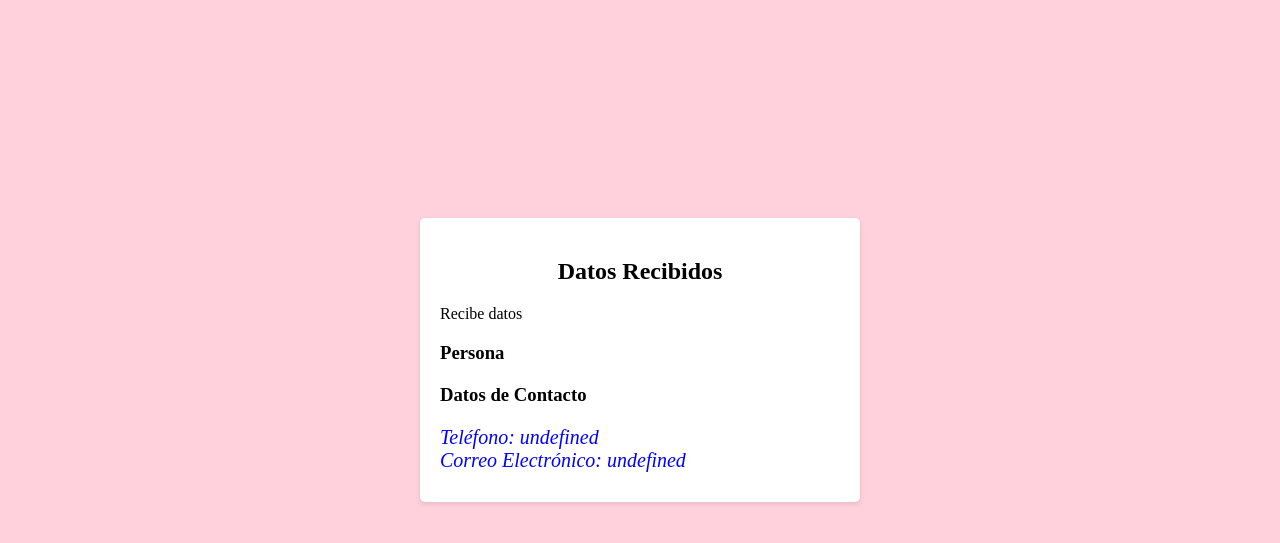
Repository: UVMCoyoacan/InnovaWeb
Page: recibedatosCV.html
The author's editor kept a copy of each file at every save. The page is drawn from the files as they stood at one save, then again after the next save.
The browser window is 1280 px wide. The pictures show the whole page.

Above is the page before, as saved 2024-03-01 11:45:13.

### recibedatosCV.html
<!DOCTYPE html>
<html>
<head>
    <title>Recibe Datos</title>
    <style>
        body {
            font-family: 'Times New Roman', Times, serif;
            background-color: #ffd1dc;
            margin: 0;
            padding: 0;
            display: flex;
            justify-content: center;
            align-items: center;
            height: 100vh;
        }
        .container {
            width: 400px;
            padding: 20px;
            background-color: #fff;
            border-radius: 5px;
            box-shadow: 0 2px 5px rgba(0, 0, 0, 0.1);
        }
        h2 {
            margin-bottom: 20px;
            text-align: center;
        }
        p {
            margin-bottom: 10px;
        }
        .dato {
            font-style: italic;
            color: blue;
            font-size: 20px;
        }
    </style>
</head>
<body>
    <div class="container">
        <h2>Datos Recibidos</h2>
        <p>Recibe datos</p>

        <h3>Persona</h3>
        <p class="dato" id="Persona"></p>

        <h3>Datos de Contacto</h3>
        <p class="dato" id="Detalles"></p>
    </div>

    <script>
        function getUrlVars() {
            var vars = {};
            var parts = window.location.href.replace(/[?&]+([^=&]+)=([^&]*)/gi, function (m, key, value) {
                vars[key] = decodeURIComponent(value.replace(/\+/g, ' '));
            });
            return vars;
        }

        var params = getUrlVars();
        var nombre = params["nombre"];
        var telefono = params["telefono"];
        var correo = params["email"];

        var nomper = document.getElementById("Persona");
        var datPers = document.getElementById("Detalles");
        nomper.textContent = nombre;
        datPers.innerHTML = "Teléfono: " + telefono + "<br>Correo Electrónico: " + correo;
    </script>
</body>
</html>

After the next save:
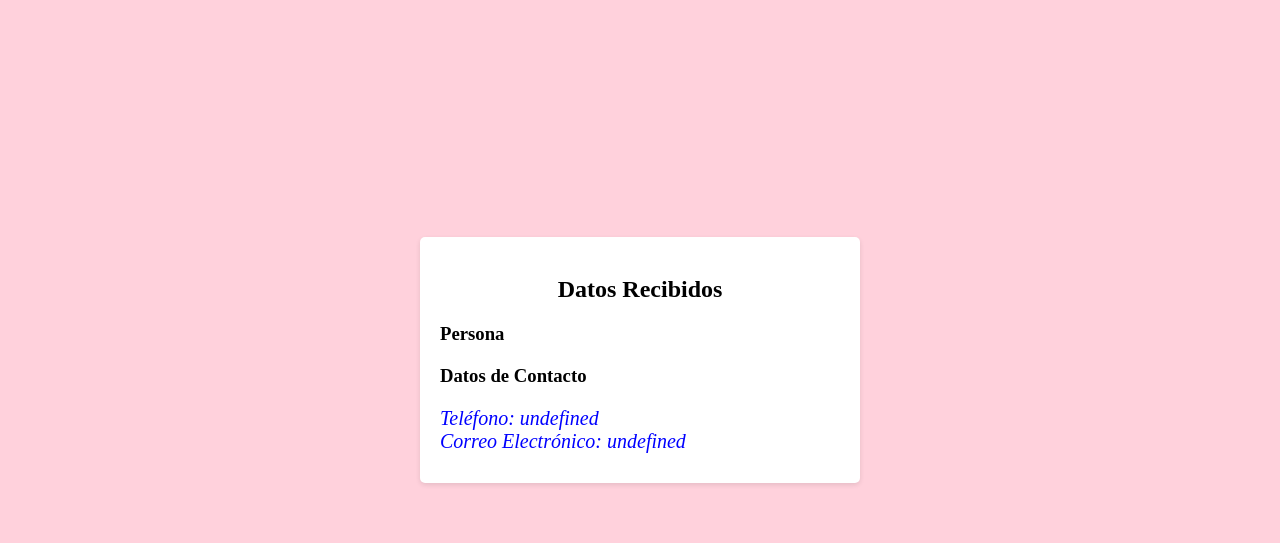
Saved 44 s later.
--- a/recibedatosCV.html
+++ b/recibedatosCV.html
@@ -37,7 +37,6 @@
 <body>
     <div class="container">
         <h2>Datos Recibidos</h2>
-        <p>Recibe datos</p>
 
         <h3>Persona</h3>
         <p class="dato" id="Persona"></p>
